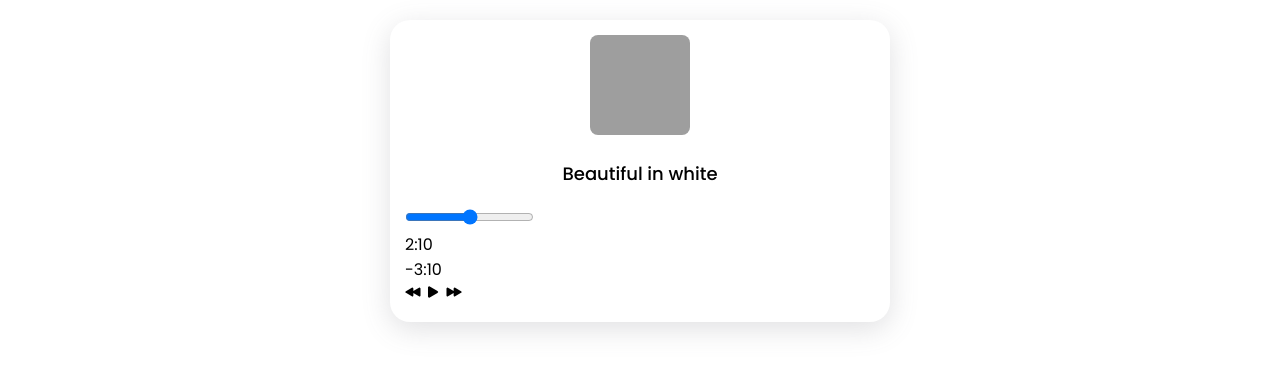
Repository: quyenpv10/mp3__music
Page: index.html
The author's editor kept a copy of each file at every save. The page is drawn from the files as they stood at one save, then again after the next save.
The browser window is 1280 px wide. The pictures show the whole page.
Pictures or frames that could not be fetched are drawn as grey boxes.

Above is the page before, as saved 2021-12-10 20:08:11.

### index.html
<!DOCTYPE html>
<html lang="en">

<head>
    <meta charset="UTF-8">
    <meta http-equiv="X-UA-Compatible" content="IE=edge">
    <meta name="viewport" content="width=device-width, initial-scale=1.0">
    <title>Mp3 Player</title>
    <link rel="preconnect" href="https://fonts.googleapis.com">
    <link rel="preconnect" href="https://fonts.gstatic.com" crossorigin>
    <link href="https://fonts.googleapis.com/css2?family=Mulish:wght@300;400;500;700&family=Poppins:wght@300;400;500;600;700&display=swap" rel="stylesheet">
    <link rel="stylesheet" href="./app.css">
    <script type="module" src="https://unpkg.com/ionicons@5.5.2/dist/ionicons/ionicons.esm.js"></script>
    <script nomodule src="https://unpkg.com/ionicons@5.5.2/dist/ionicons/ionicons.js"></script>
</head>

<body>
    <div class="music">
        <div class="music-thumb">
            <img src="./images/8L0A0168.jpg" alt="">
        </div>
        <h3 class="music-name">Beautiful in white</h3>
        <input type="range" name="song" id="song">
        <div class="timer">
            <div class="duration">2:10</div>
            <div class="remaining">-3:10</div>
        </div>
        <div class="controls">
            <ion-icon name="play-back" class="play-back"></ion-icon>
            <ion-icon name="play" class="play"></ion-icon>
            <ion-icon name="play-forward" class="play-forward"></ion-icon>

        </div>
    </div>

</body>

</html>

### app.css
html {
    box-sizing: border-box;
}

* {
    margin: 0;
    padding: 0;
}

*,
*:before,
*:after {
    box-sizing: border-box;
}

input,
textarea,
select,
button {
    outline: none;
}

input {
    line-height: normal;
}

label,
button {
    cursor: pointer;
}

a {
    text-decoration: none;
}

img {
    display: block;
    max-width: 100%;
}

body {
    font-family: 'Poppins', sans-serif;
    padding: 20px;
}

.music {
    max-width: 500px;
    margin: 0 auto;
    border-radius: 20px;
    background-color: white;
    box-shadow: rgba(100, 100, 111, 0.2) 0px 7px 29px 0px;
    padding: 15px;
}

.music-thumb {
    width: 100px;
    height: 100px;
    margin: 0 auto 25px;
}

.music-thumb img {
    width: 100%;
    height: 100%;
    object-fit: cover;
    border-radius: 8px;
}

.music-name {
    font-size: 18px;
    font-weight: 500;
    text-align: center;
    margin-bottom: 20px;
}

After the next save:
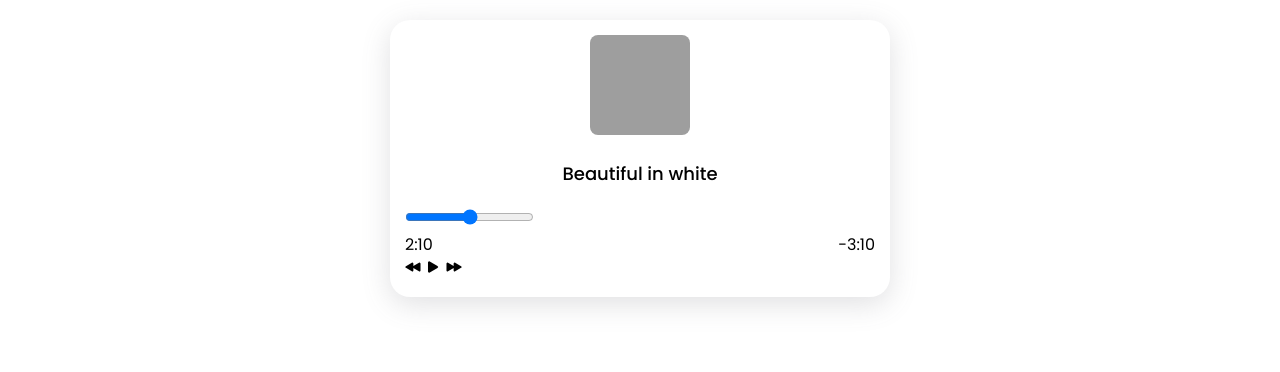
Saved 30 s later.
--- a/app.css
+++ b/app.css
@@ -71,3 +71,8 @@ body {
     text-align: center;
     margin-bottom: 20px;
 }
+
+.timer {
+    display: flex;
+    justify-content: space-between;
+}
